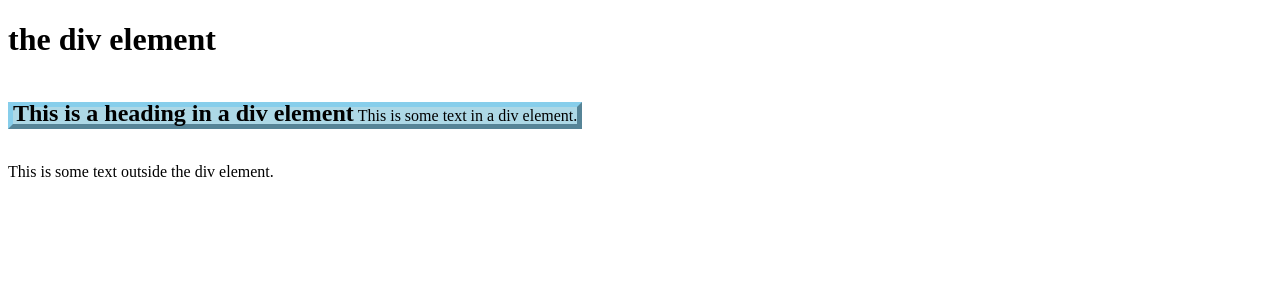
Repository: Fariaddd/codefactor-stylesheet
Page: index.html
These files come from the project's save history. The page is drawn as it stood at one moment and after the next save; the edit follows.
The browser window is 1280 px wide. The pictures show the whole page.

Above is the page before, as saved 2021-11-17 19:43:47.

### index.html
<!DOCTYPE html>
<html lang="en">
  <head>
    <meta charset="UTF-8" />
    <meta http-equiv="X-UA-Compatible" content="IE=edge" />
    <meta name="viewport" content="width=device-width, initial-scale=1.0" />
    <title>Document</title>
    <link rel="stylesheet" href="./styles/styles.css" />
  </head>
  <body>
    <h1>the div element</h1>
    <div class="myDiv">
      <h2>This is a heading in a div element</h2>
      <p>This is some text in a div element.</p>
    </div>

    <p>This is some text outside the div element.</p>
  </body>
</html>

### styles/styles.css
.myDiv {
  border: 5px outset skyblue;
  background-color: lightblue;
  text-align: center;
  display: ruby;
}

After the next save:
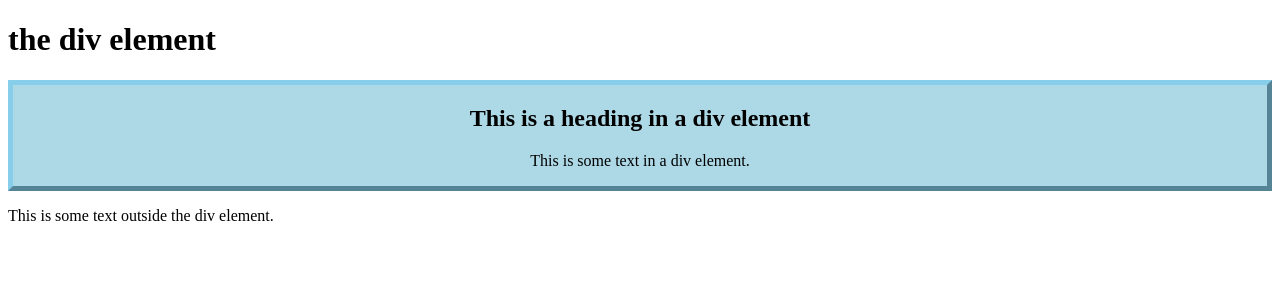
Saved 25 s later.
--- a/styles/styles.css
+++ b/styles/styles.css
@@ -2,5 +2,8 @@
   border: 5px outset skyblue;
   background-color: lightblue;
   text-align: center;
-  display: ruby;
 }
+
+.myDiv {
+  display: block;
+}
